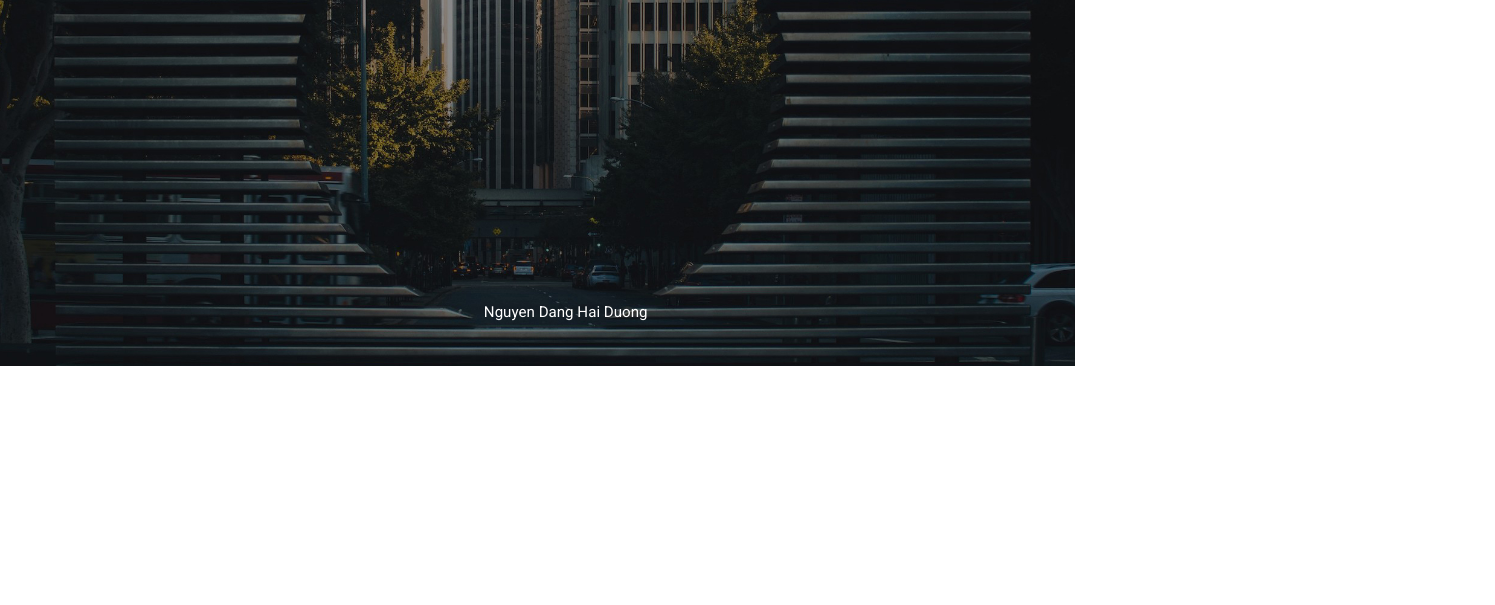
Repository: haiduong7499/Personal-Profile
Page: index.html
An editor plug-in stored every save of this project. The page is shown before and after the next save, followed by the edit.
The browser window is 1280 px wide. The page is 1280 px wide, then 1780 px, then 1280 px, so the pictures cover 1780 px, including what lies to the right of the window. The pictures show the whole page, at 84% of full size.

Above is the page before, as saved 2021-02-27 17:16:37.

After the next save:
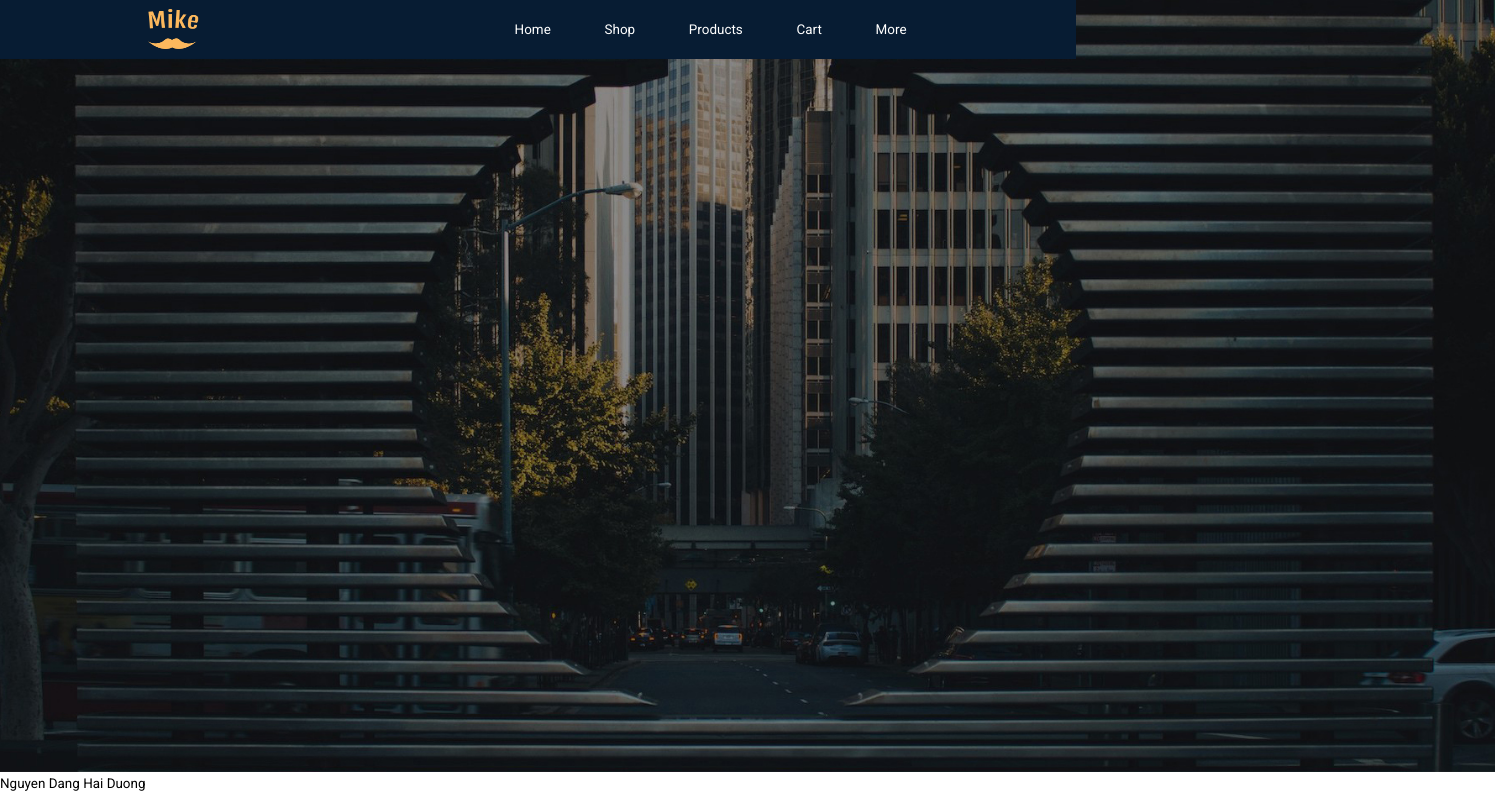
Saved 10 s later.
--- a/style/style.css
+++ b/style/style.css
@@ -41,7 +41,7 @@
     color: #071C33;
 }
 
-.banner{
+/* .banner{
     display: block;
     overflow: hidden;
 }
@@ -57,4 +57,4 @@
     left: 45%;
     color: #fff;
     font-size: 18px;
-}
+} */

After the save that followed:
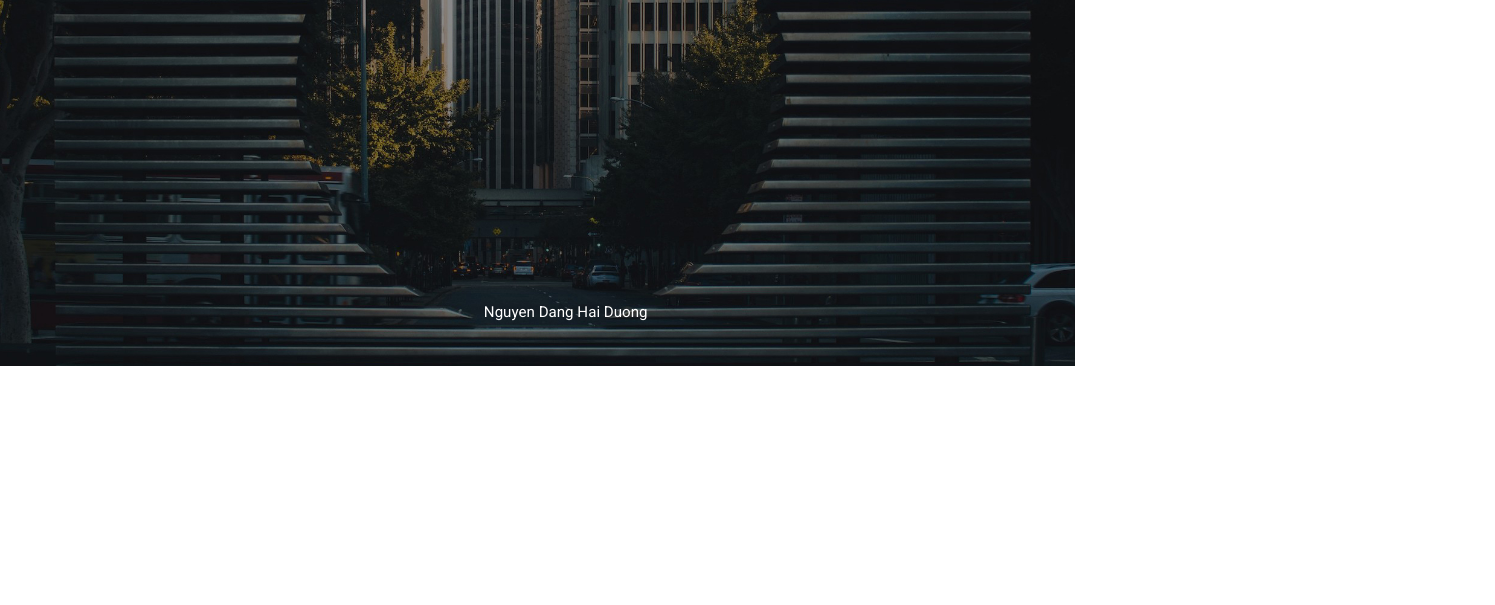
Saved 18 s later.
--- a/style/style.css
+++ b/style/style.css
@@ -41,7 +41,7 @@
     color: #071C33;
 }
 
-/* .banner{
+.banner{
     display: block;
     overflow: hidden;
 }
@@ -57,4 +57,4 @@
     left: 45%;
     color: #fff;
     font-size: 18px;
-} */
+}
